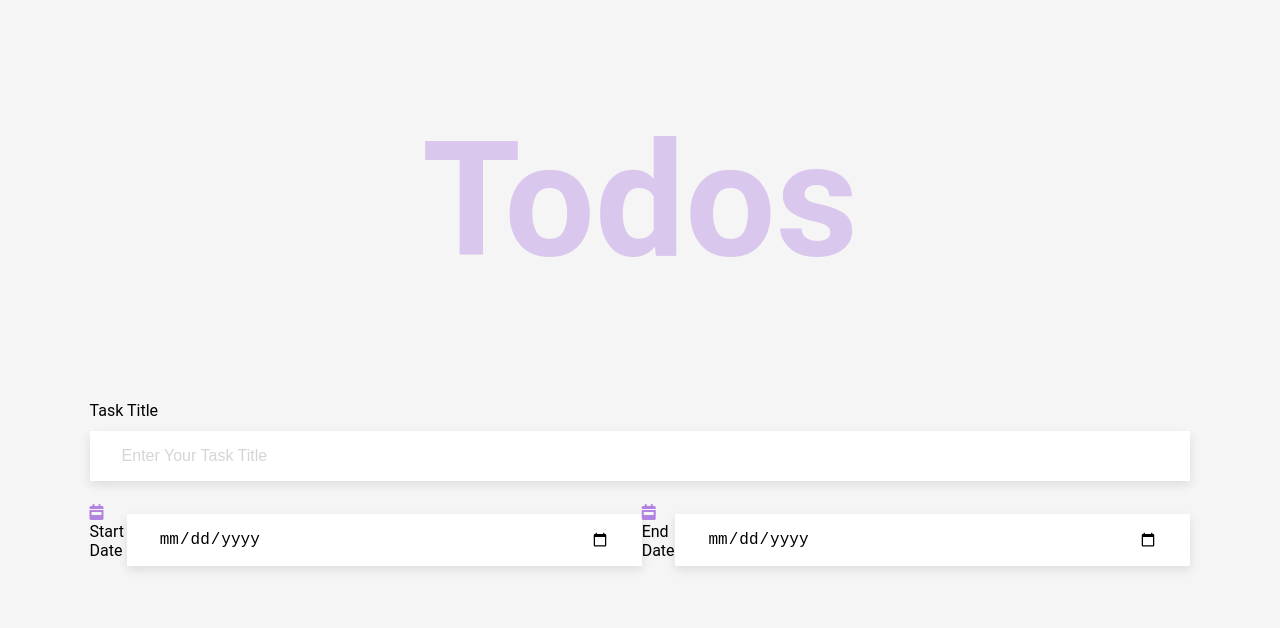
Repository: Surahailat/TypeScript
Page: Mini project 10-3/Project-TS.html
These files come from the project's save history. The page is drawn as it stood at one moment and after a run of saves; the edit follows.
The browser window is 1280 px wide. The pictures show the whole page.

Above is the page before, as saved 2025-03-10 13:02:27.

### Mini project 10-3/Project-TS.html
<!DOCTYPE html>
<html lang="en">

<head>
    <meta charset="UTF-8">
    <meta name="viewport" content="width=device-width, initial-scale=1.0">
    <title>Document</title>
    <link href="https://cdnjs.cloudflare.com/ajax/libs/font-awesome/6.0.0-beta3/css/all.min.css" rel="stylesheet">
    <style>
        * {
            box-sizing: border-box;
        }

        body {
            background-color: #f5f5f5;
            font-family: "roboto", sans-serif;
            margin: 0;
        }

        h1 {
            color: rgb(179, 131, 226);
            font-size: 10rem;
            text-align: center;
            opacity: 0.4;

        }
.form{
    margin: 7%;
}
        .input {
            width: 400px;
            max-width: 100%;
            box-shadow: 0px 4px 10px rgb(0, 0, 0, 0.1);
            margin: auto;
            margin-top: 1%;
            border: none;
            width: 100%;
            display: block;
            padding: 1rem 2rem;
            font-size: 1rem;
            margin-bottom: 2%;
        }

        .input::placeholder {
            color: #d5d5d5;

        }

        .date {
            display: flex;
        }
    </style>
</head>

<body>
    <h1>Todos</h1>
    <div class="form">
        <Label>Task Title</Label>
        <input type="text" class="input" placeholder="Enter Your Task Title " autocomplete="off" id="input">
        <div class="date">
            <Label><i class="fa-solid fa-calendar-week" style="color: #b383e2;"></i>Start Date</Label>
            <input type="date" class="input" autocomplete="off" id="input">
            <Label><i class="fa-solid fa-calendar-week" style="color: #b383e2;"></i>End Date</Label>
            <input type="date" class="input" autocomplete="off" id="input">
        </div>
    </div>

</body>

</html>

After the next 4 saves:
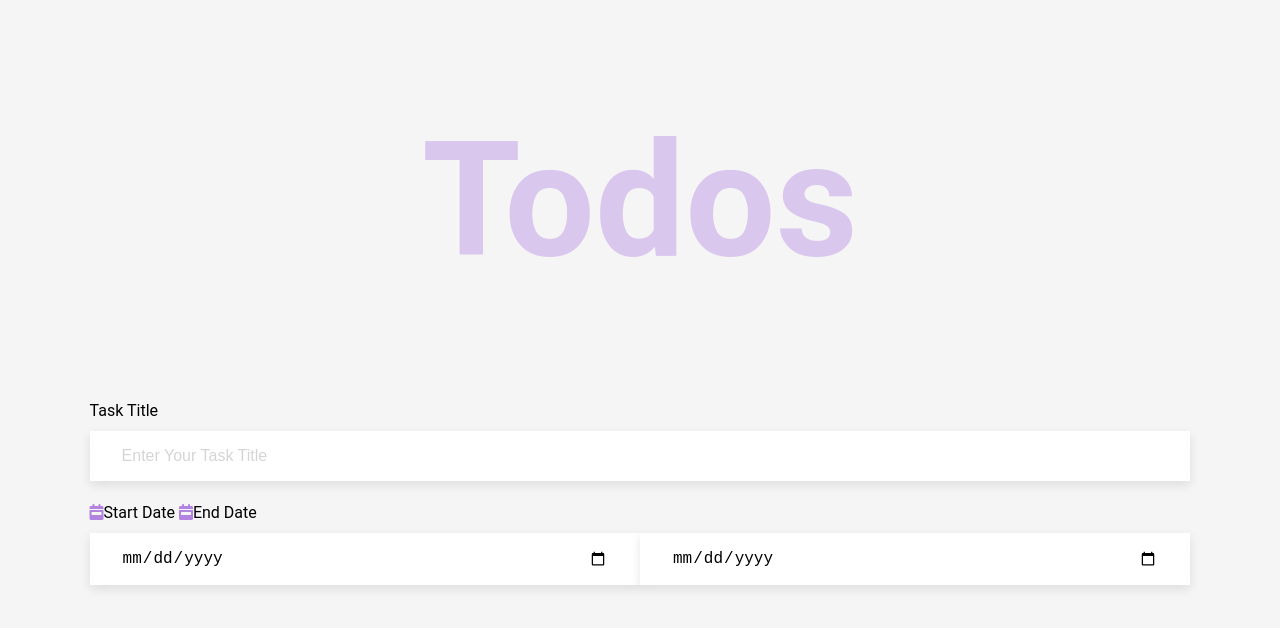
The 4 saves are shown as one change because they came seconds apart.
The last was saved 11 s later.
--- a/Mini project 10-3/Project-TS.html
+++ b/Mini project 10-3/Project-TS.html
@@ -57,10 +57,12 @@
     <div class="form">
         <Label>Task Title</Label>
         <input type="text" class="input" placeholder="Enter Your Task Title " autocomplete="off" id="input">
+        <Label><i class="fa-solid fa-calendar-week" style="color: #b383e2;"></i>Start Date</Label>
+        <Label><i class="fa-solid fa-calendar-week" style="color: #b383e2;"></i>End Date</Label>
+
+
         <div class="date">
-            <Label><i class="fa-solid fa-calendar-week" style="color: #b383e2;"></i>Start Date</Label>
             <input type="date" class="input" autocomplete="off" id="input">
-            <Label><i class="fa-solid fa-calendar-week" style="color: #b383e2;"></i>End Date</Label>
             <input type="date" class="input" autocomplete="off" id="input">
         </div>
     </div>
